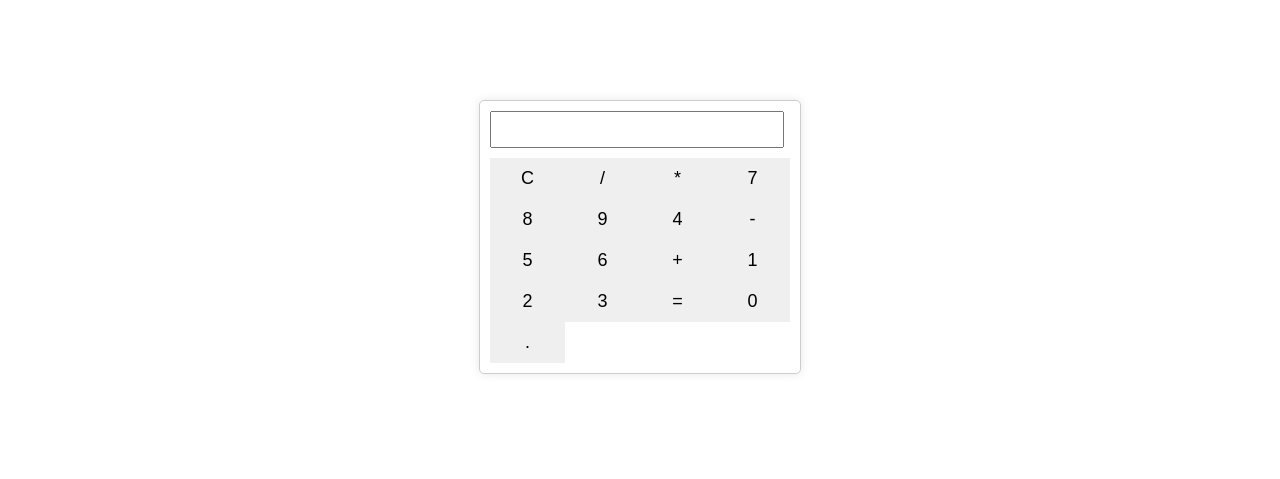
Repository: om9011/calculator
Page: index.html
The author's editor kept a copy of each file at every save. The page is drawn from the files as they stood at one save, then again after the next save.
The browser window is 1280 px wide. The pictures show the whole page.

Above is the page before, as saved 2024-02-21 10:56:57.

After the next save:
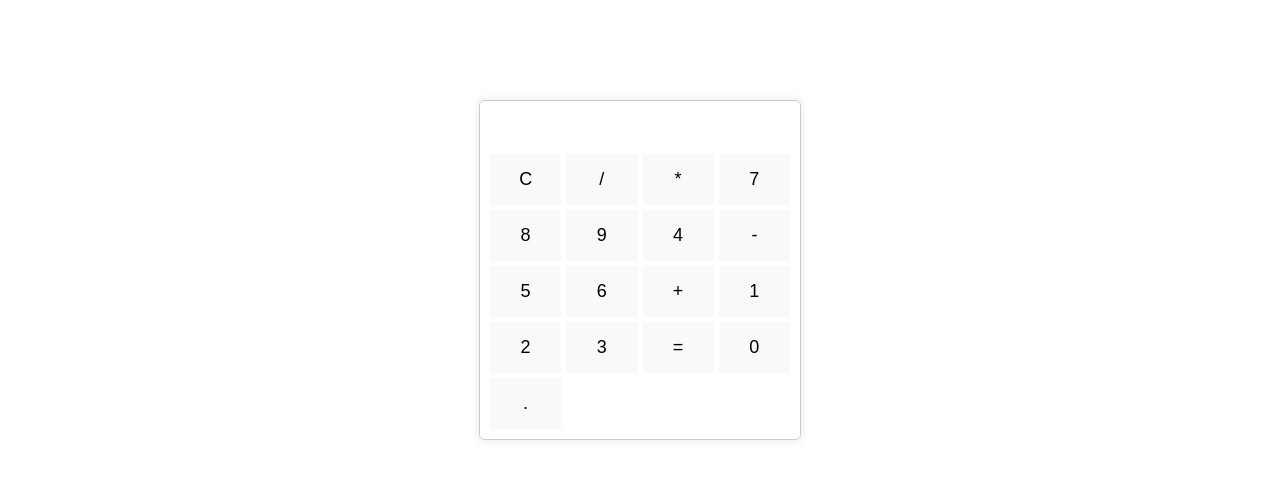
Saved 4 min 47 s later.
--- a/styles.css
+++ b/styles.css
@@ -12,21 +12,27 @@
     margin-bottom: 10px;
     padding: 5px;
     font-size: 20px;
+    border: none; /* Remove border to make it cleaner */
+    border-radius: 3px; /* Add a slight border-radius */
+    outline: none; /* Remove default focus outline */
   }
 
   .buttons {
     display: grid;
     grid-template-columns: repeat(4, 1fr);
+    gap: 5px; /* Add some space between buttons */
   }
 
   button {
-    padding: 10px;
+    padding: 15px; /* Increase padding for better touch interaction */
     font-size: 18px;
     border: none;
     outline: none;
     cursor: pointer;
+    background-color: #f8f9fa; /* Lighter background color */
+    transition: background-color 0.3s ease; /* Smooth transition on hover */
   }
 
   button:hover {
-    background-color: #f0f0f0;
+    background-color: #e9ecef; /* Darken background color on hover */
   }

After the 2 saves that followed:
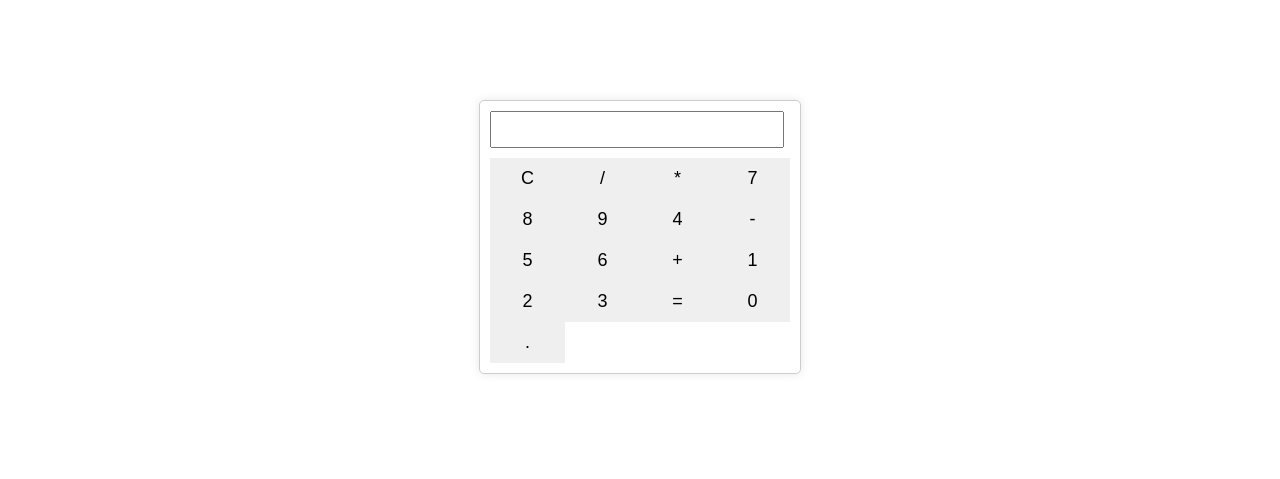
The 2 saves are shown as one change because 1 left the picture as it was.
The last was saved 18 s later.
--- a/styles.css
+++ b/styles.css
@@ -12,27 +12,21 @@
     margin-bottom: 10px;
     padding: 5px;
     font-size: 20px;
-    border: none; /* Remove border to make it cleaner */
-    border-radius: 3px; /* Add a slight border-radius */
-    outline: none; /* Remove default focus outline */
   }
 
   .buttons {
     display: grid;
     grid-template-columns: repeat(4, 1fr);
-    gap: 5px; /* Add some space between buttons */
   }
 
   button {
-    padding: 15px; /* Increase padding for better touch interaction */
+    padding: 10px;
     font-size: 18px;
     border: none;
     outline: none;
     cursor: pointer;
-    background-color: #f8f9fa; /* Lighter background color */
-    transition: background-color 0.3s ease; /* Smooth transition on hover */
   }
 
   button:hover {
-    background-color: #e9ecef; /* Darken background color on hover */
+    background-color: #f0f0f0;
   }
